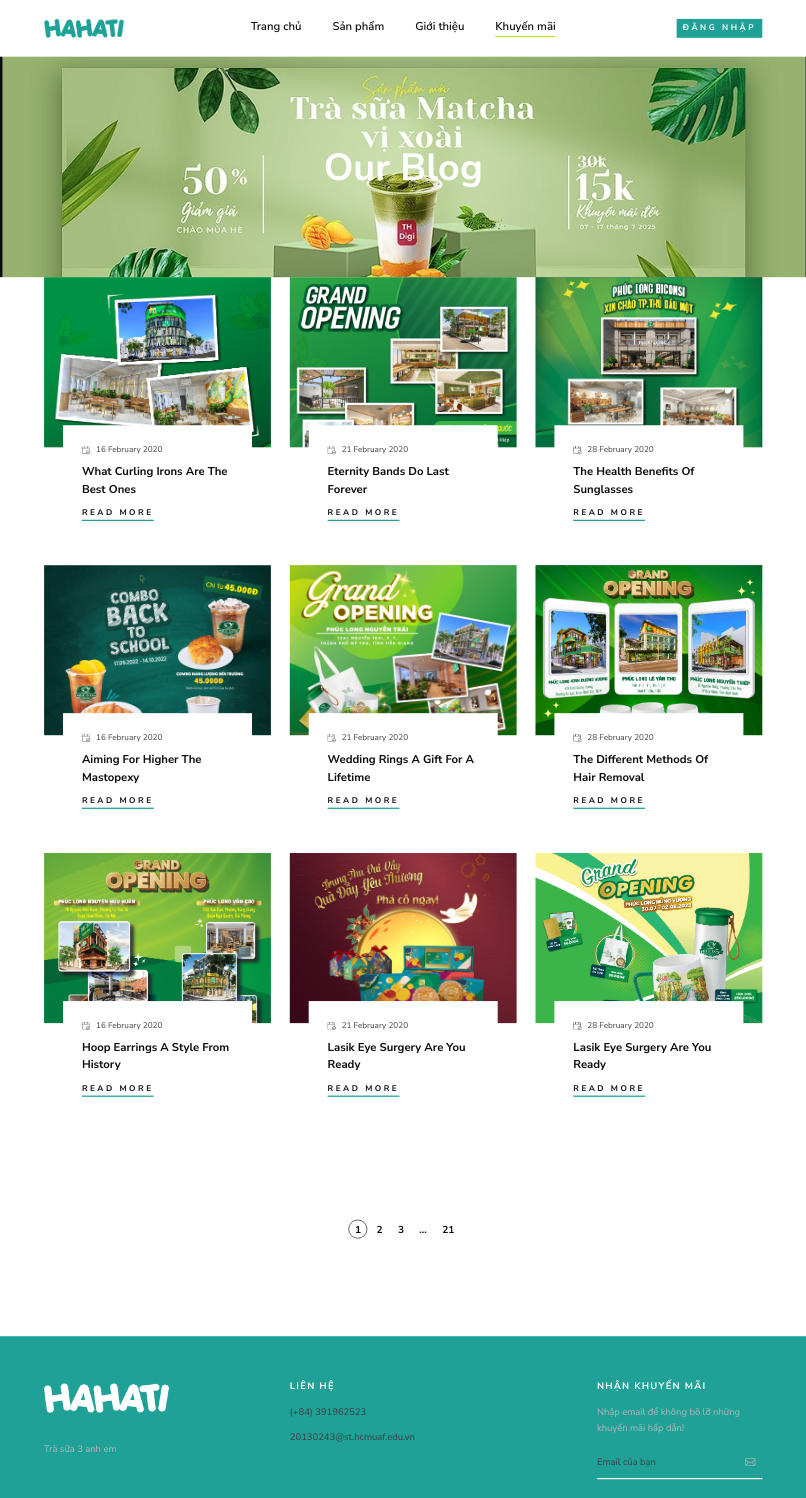
Repository: letrongtinh27/template
Page: blog.html
An editor plug-in stored every save of this project. The page is shown before and after the next save, followed by the edit.
The browser window is 1280 px wide. The pictures show the whole page, at 63% of full size.

Above is the page before, as saved 2022-10-25 19:04:47.

After the next save:
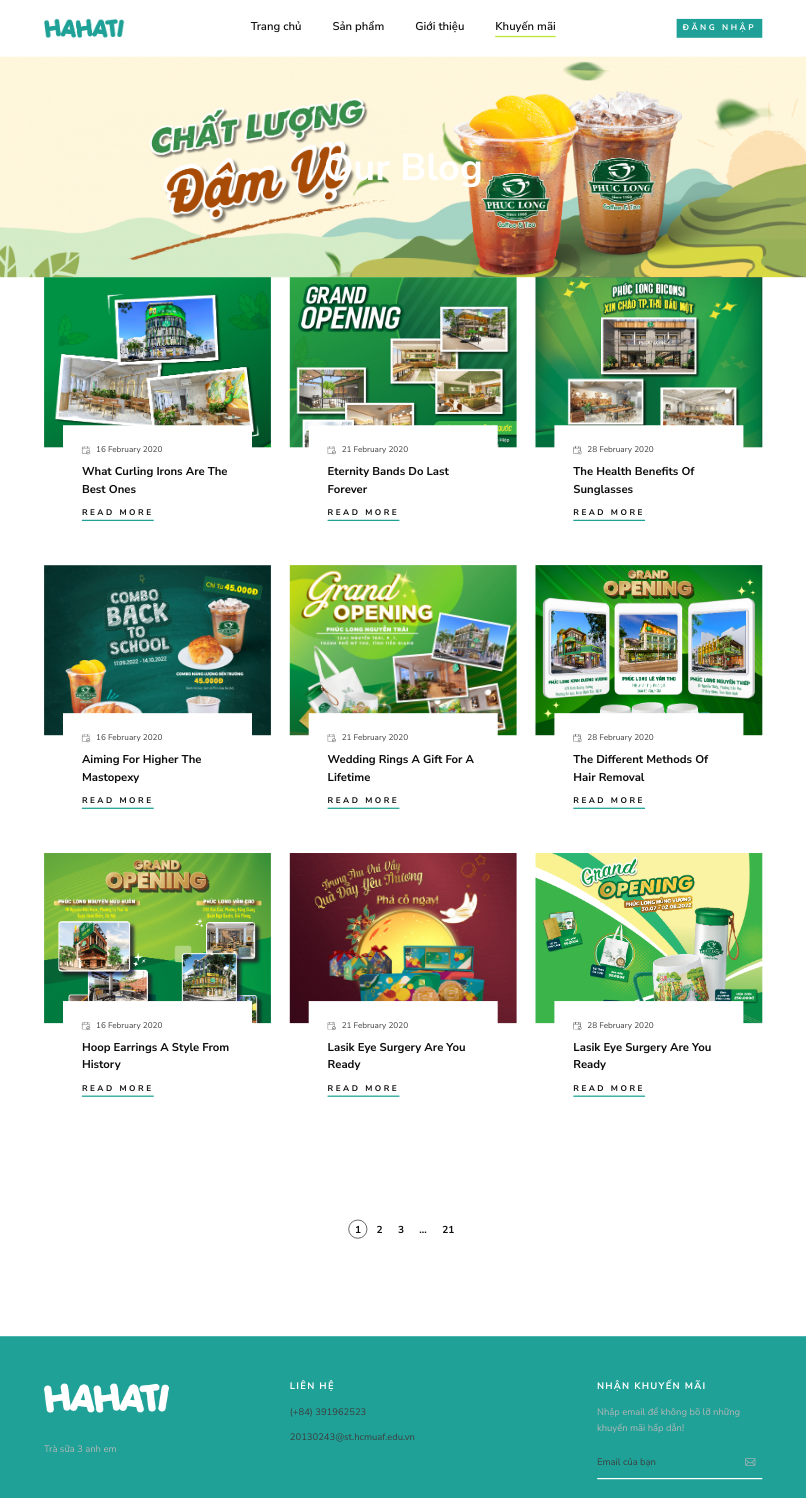
Saved 5 min 3 s later.
--- a/blog.html
+++ b/blog.html
@@ -106,7 +106,7 @@
         </div>
       </div>
     </section> -->
-    <section class="breadcrumb-blog set-bg" data-setbg="img/Untitled.jpg">
+    <section class="breadcrumb-blog set-bg" data-setbg="img/banner-matcha.jpg">
       <div class="container">
           <div class="row">
               <div class="col-lg-12">
